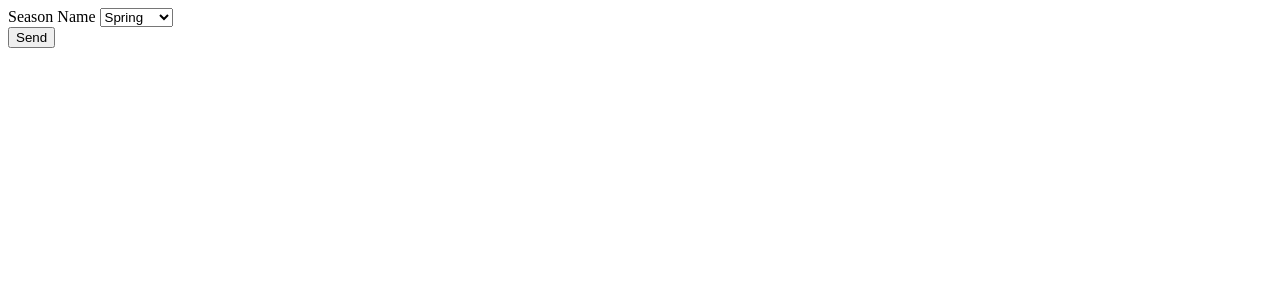
Repository: LSViana/IFSP-Technical
Page: http://localhost/ServletIntro/DiceRoller.jsp
These files come from the project's save history. The page is drawn as it stood at one moment and after the next save; the edit follows.
The browser window is 1280 px wide. The pictures show the whole page.
The page is served by Tomcat 9. Other server files are loaded and not shown.

Above is the page before, as saved 2018-10-16 10:27:01.

### LP2/Bimester 4/eclipse-workspace/ServletIntro/WebContent/DiceRoller.jsp
<%@ page language="java" contentType="text/html; charset=ISO-8859-1"
    pageEncoding="ISO-8859-1"%>
<!DOCTYPE html>
<html>
<head>
<meta charset="ISO-8859-1">
<title>Dice Roller</title>
</head>
<body>
 <form action="SeasonDescriptor" method="POST">
 	<div>
 		<label>Season Name</label>
 		<select name="seasonName">
 			<option value="spring">Spring</option>
 			<option value="summer">Summer</option>
 			<option value="winter">Winter</option>
 			<option value="autumn">Autumn</option>
 		</select>
 	</div>
 	<button type="submit">Send</button>
 </form>
</body>
</html>

After the next save:
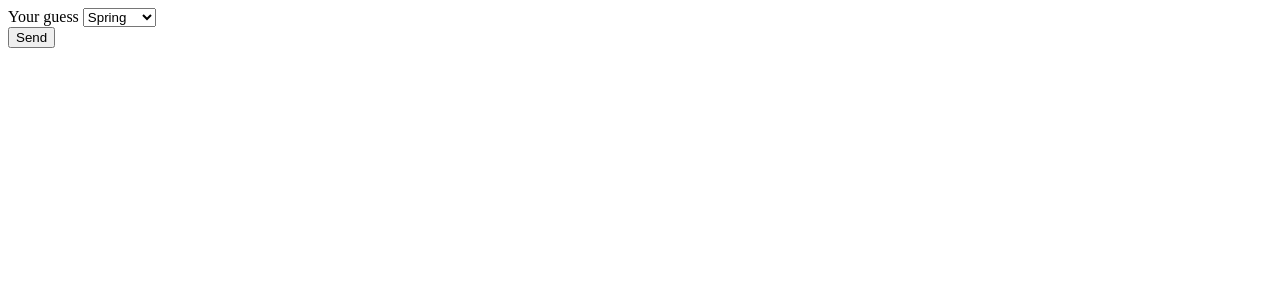
Saved 59 s later.
--- a/LP2/Bimester 4/eclipse-workspace/ServletIntro/WebContent/DiceRoller.jsp
+++ b/LP2/Bimester 4/eclipse-workspace/ServletIntro/WebContent/DiceRoller.jsp
@@ -7,10 +7,10 @@
 <title>Dice Roller</title>
 </head>
 <body>
- <form action="SeasonDescriptor" method="POST">
+ <form action="DiceRoller" method="POST">
  	<div>
- 		<label>Season Name</label>
- 		<select name="seasonName">
+ 		<label>Your guess</label>
+ 		<select name="userGuess">
  			<option value="spring">Spring</option>
  			<option value="summer">Summer</option>
  			<option value="winter">Winter</option>
